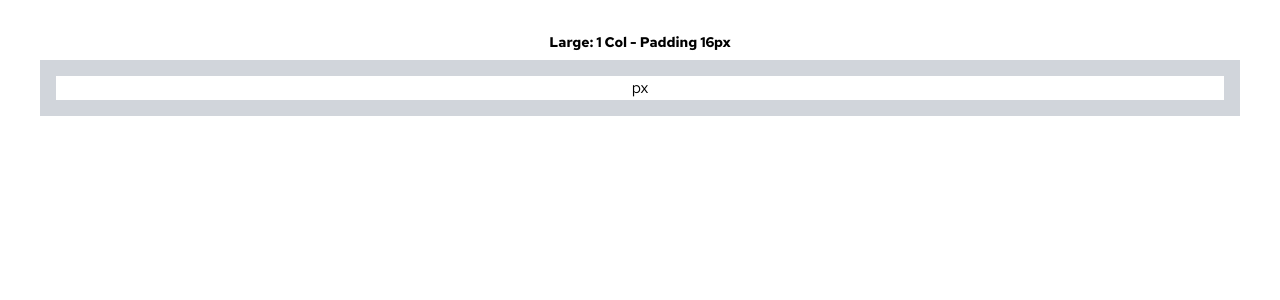
Repository: fabianwurk/vue-tailwind
Page: /
These files come from the project's save history. The page is drawn as it stood at one moment and after the next save; the edit follows.
The browser window is 1280 px wide. The pictures show the whole page.
The project was rebuilt for these pictures with package versions that can differ from the ones it lists, and the page was loaded fresh each time. Also part of the build but not shown: vite.config.js.

Above is the page before, as saved 2021-03-16 23:34:44.
Console error: TypeError: this.innerWidth is not a function

### index.html
<!DOCTYPE html>
<html lang="en">
  <head>
    <link rel="preconnect" href="https://fonts.gstatic.com">
<link href="https://fonts.googleapis.com/css2?family=Red+Hat+Text:wght@400;700&display=swap" rel="stylesheet">
    <meta charset="UTF-8" />
    <link rel="icon" href="/favicon.ico" />
    <meta name="viewport" content="width=device-width, initial-scale=1.0" />
    <title>Vite App</title>
  </head>
  <body>
    <div id="app"></div>
    <script type="module" src="/src/main.js"></script>
  </body>
</html>

### src/App.vue
<template>
  <Large />
  <!--<Medium />-->
</template>

<script setup>
import Large from './components/Large.vue';
// import Medium from './components/Medium.vue';

</script>

### src/index.css
/* ./src/index.css */
@tailwind base;

body {
  font-family: 'Red Hat Text', sans-serif;
}
@tailwind components;
@tailwind utilities;

### src/components/Large.vue
<template>
  <div>

    <div class="container mx-auto">
      <h2 class="text-sm font-bold mb-2 mt-8 text-center">Large: 1 Col - Padding 16px</h2>
      <div class="flex items-center">
        <div class="w-full bg-gray-300 mb-4 mt-0 py-4 px-4 text-center">
          <span class="bg-white w-full block" ref="boxWidth">{{width1}}px</span>
        </div>
      </div>
    </div>

  </div>
</template>

<script>
export default {
  data() {
    return {
      width1: null,
    };
  },
  mounted() {
  	this.innerWidth()
  },
  created() {
  window.addEventListener("resize", this.resizeWidthEvent);
  },
  destroyed() {
    window.removeEventListener("resize", this.resizeWidthEvent);
  },
  methods: {
    resizeWidthEvent(e) {
      this.width1 = this.$refs.boxWidth.clientWidth;
    }
  }
}
</script>

### tailwind.config.js
module.exports = {
  purge: ['./index.html', './src/**/*.{vue,js,ts,jsx,tsx}'],
  darkMode: false, // or 'media' or 'class'
  theme: {
    extend: {
      container: {
        'md': {'max': '768px'},
      },
      screens: {
        'xl': {'min': '1200px', 'max': '1280px'},
        '2xl': {'max': '1280px'},
      },
    },
  },
  variants: {
    extend: {},
  },
  plugins: [],
}

Loaded but not shown: src/main.js (common file)

After the next save:
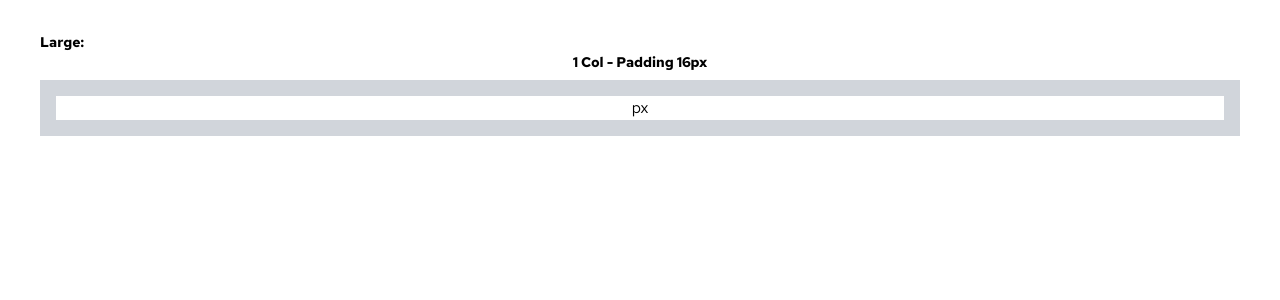
Saved 4 min 11 s later.
--- a/src/components/Large.vue
+++ b/src/components/Large.vue
@@ -2,7 +2,9 @@
   <div>
 
     <div class="container mx-auto">
-      <h2 class="text-sm font-bold mb-2 mt-8 text-center">Large: 1 Col - Padding 16px</h2>
+      <h2 class="text-sm font-bold mb-2 mt-8 text-center">
+        <span class="hidden lg:flex">Large:</span> 1 Col - Padding 16px
+      </h2>
       <div class="flex items-center">
         <div class="w-full bg-gray-300 mb-4 mt-0 py-4 px-4 text-center">
           <span class="bg-white w-full block" ref="boxWidth">{{width1}}px</span>
